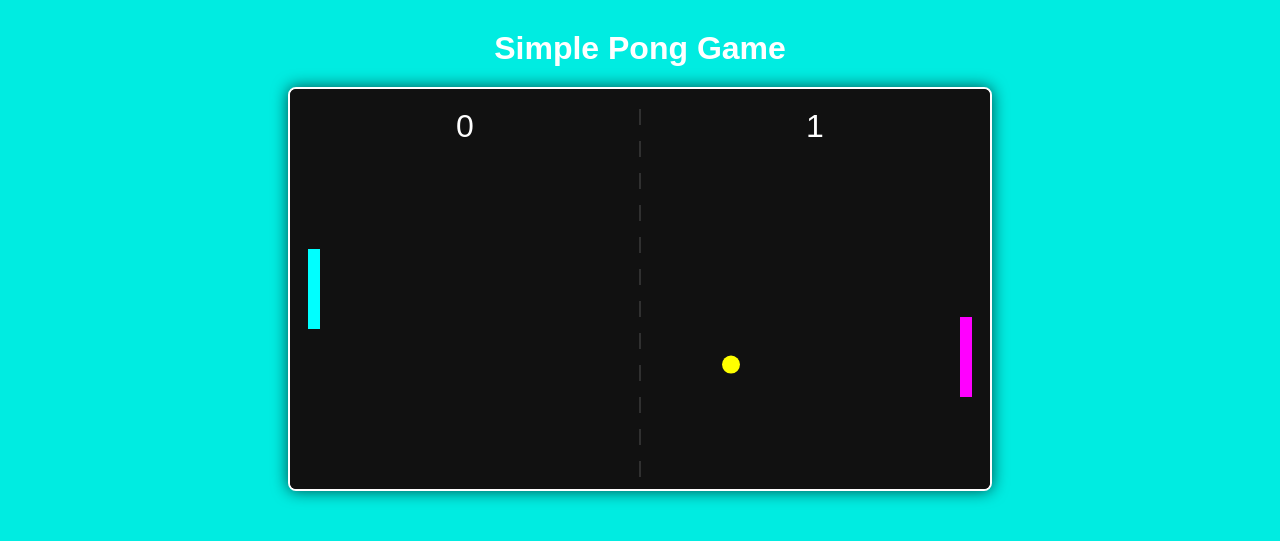
Repository: zjccc123/demo
Page: index.html
The author's editor kept a copy of each file at every save. The page is drawn from the files as they stood at one save, then again after the next save.
The browser window is 1280 px wide. The pictures show the whole page.

Above is the page before, as saved 2025-06-14 09:09:46.

After the next save:
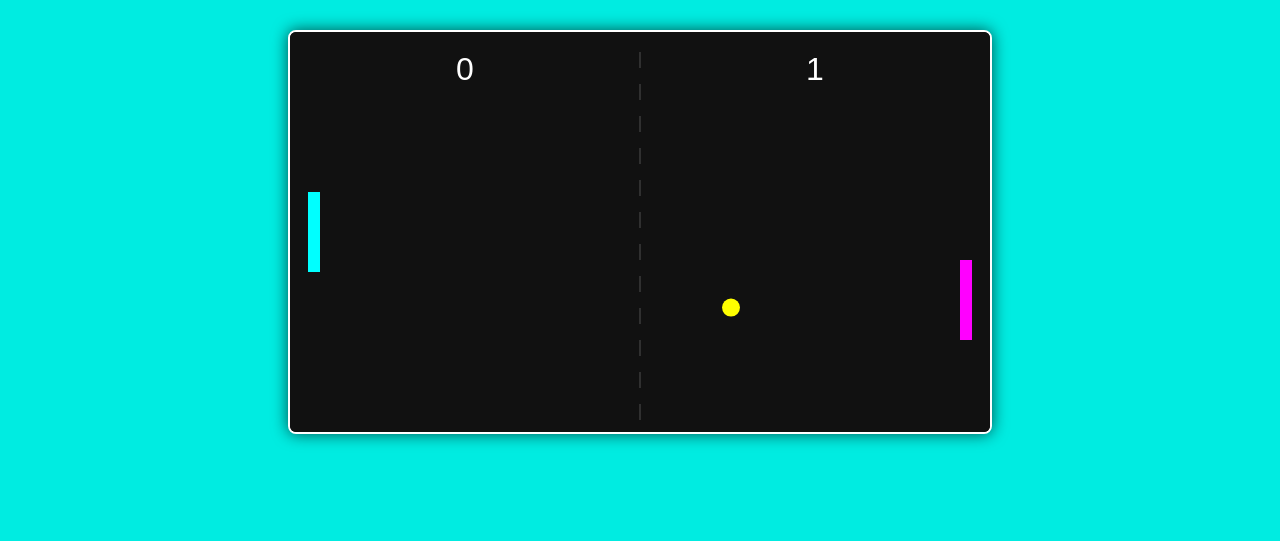
Saved 16 min 23 s later.
--- a/index.html
+++ b/index.html
@@ -2,11 +2,11 @@
 <html lang="en">
 <head>
     <meta charset="UTF-8">
-    <title>Simple Pong Game</title>
+    <title>乒乓球游戏</title>
     <link rel="stylesheet" href="style.css">
 </head>
 <body>
-    <h1>Simple Pong Game</h1>
+    <h1></h1>
     <canvas id="pongCanvas" width="700" height="400"></canvas>
     <script src="game.js"></script>
 </body>
